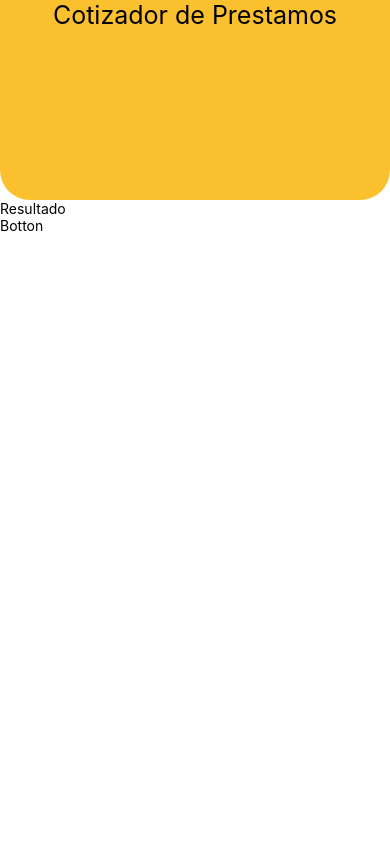
Repository: AleMicky/vagogo
Screen: /
These files come from the project's save history. The screen is drawn as it stood at one moment and after the next save; the edit follows.
The app was drawn by React Native's web renderer in a window 390 px wide. The project was rebuilt for these pictures with package versions that can differ from the ones it lists, and the page was loaded fresh each time.

Above is the screen before, as saved 2020-06-23 04:55:56.

### App.js
import React from 'react'
import { View, StyleSheet, Text, SafeAreaView, StatusBar } from 'react-native'
import color from './src/utils/color'
export default function App() {
  return (
    <>
    <StatusBar barStyle="light-content"/>
      <SafeAreaView style={styles.sefaArea}>
        <Text style={styles.titlulo}>Cotizador de Prestamos</Text>
      </SafeAreaView>
      <View>
        <Text>Resultado</Text>
      </View>
      <View>
        <Text>Botton</Text>
      </View>
    </>
  )
}

const styles = StyleSheet.create({
  sefaArea:{
    backgroundColor: color.PRIMARY_COLOR,
    height:200,
    borderBottomLeftRadius:30,
    borderBottomRightRadius:30,
    alignItems:'center'
  },
  titlulo:{
    fontSize:25
  }
})

### src/utils/color.js

export default {
    PRIMARY_COLOR : '#fbc02d',
    PRIMARY_COLOR_DARK : '#c49000'
}

After the next save:
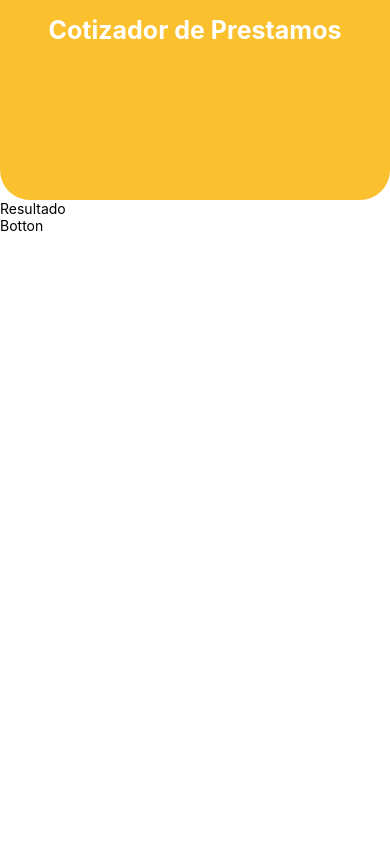
Saved 72 s later.
--- a/App.js
+++ b/App.js
@@ -27,6 +27,9 @@ const styles = StyleSheet.create({
     alignItems:'center'
   },
   titlulo:{
-    fontSize:25
+    fontSize:25,
+    fontWeight:'bold',
+    color:'#fff',
+    marginTop:15
   }
 })
